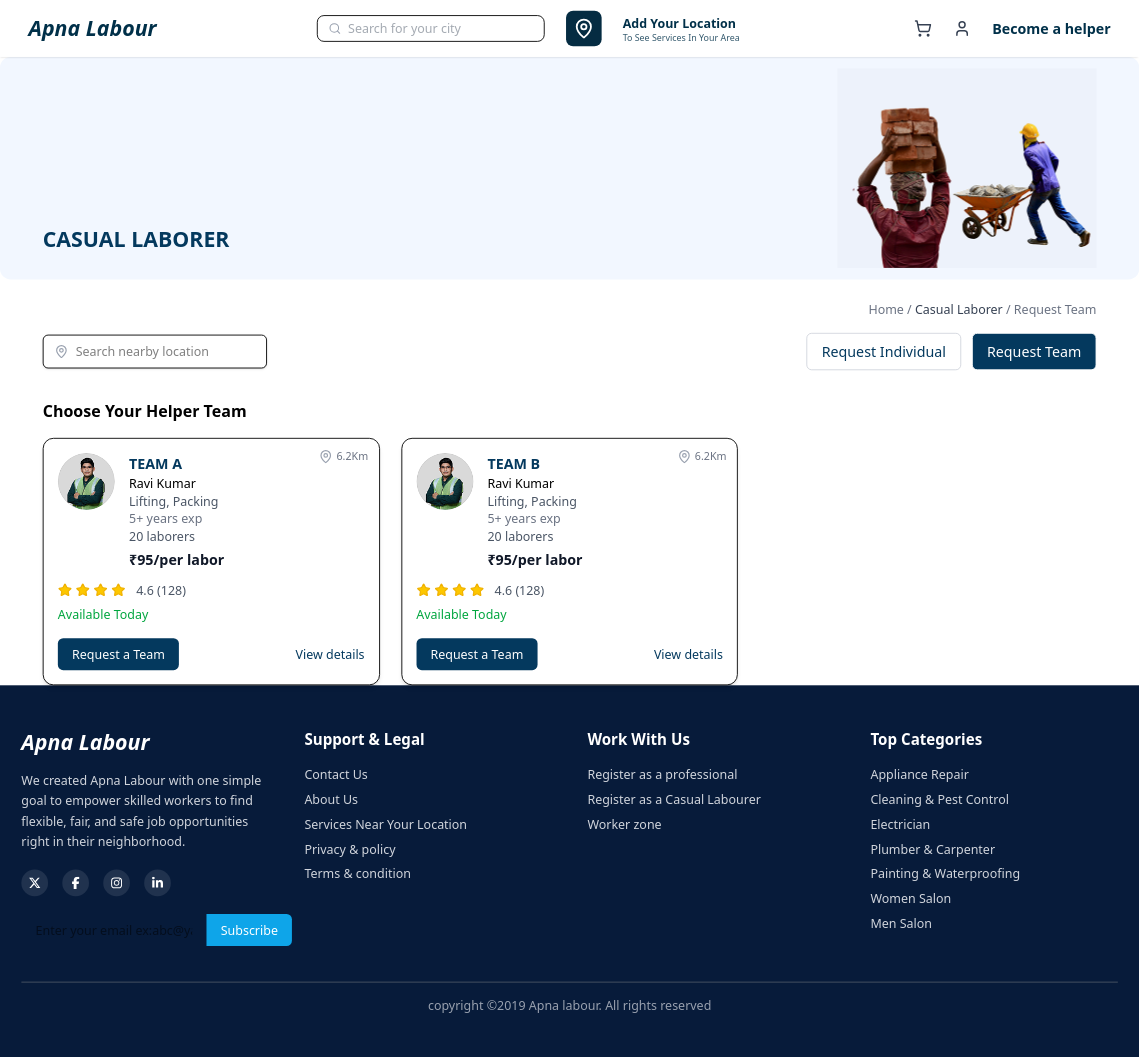
Repository: Innowidetech/Apna-Labour
Page: /casual (app in client/)
An editor plug-in stored every save of this project. The page is shown before and after the next save, followed by the edit.
The browser window is 1280 px wide. The pictures show the whole page, at 89% of full size.
The project was rebuilt for these pictures with package versions that can differ from the ones it lists, and the page was loaded fresh each time. Also part of the build but not shown: client/vite.config.js, client/src/pages/Home.jsx, client/src/pages/ModalServicePage.jsx, client/src/pages/ServiceDetails.jsx, client/src/pages/Account/Account.jsx, client/src/pages/Account/AccountLayout.jsx, client/src/pages/Account/Bookings.jsx, client/src/pages/Payments.jsx and 26 more.

Above is the page before, as saved 2025-11-14 17:45:49.

### client/index.html
<!doctype html>
<html lang="en">
  <head>
    <meta charset="UTF-8" />
    <link rel="icon" type="image/svg+xml" href="/vite.svg" />
    <meta name="viewport" content="width=device-width, initial-scale=1.0" />
    <title>ApanaLabour</title>
  </head>
  <body>
    <div id="root"></div>
    <script type="module" src="/src/main.jsx"></script>
  </body>
</html>

### client/src/main.jsx
import { StrictMode } from "react";
import React from "react";
import { createRoot } from "react-dom/client";
import { GoogleOAuthProvider } from "@react-oauth/google";
import "./index.css";
import App from "./App.jsx";

// ✅ Import Redux
import { Provider } from "react-redux";
import store from "../src/redux/store.js"// ✅ correct import


const root = createRoot(document.getElementById("root"));

root.render(
  <StrictMode>
    <GoogleOAuthProvider clientId={import.meta.env.VITE_GOOGLE_CLIENT_ID}>
      <Provider store={store}>
        <App />
      </Provider>
    </GoogleOAuthProvider>
  </StrictMode>
);

### client/src/App.jsx
import React from "react";
import { BrowserRouter as Router, Routes, Route, useLocation } from "react-router-dom";
import appRoutes from "./routes/appRoutes";

// Components
import Navbar from "./components/Navbar";
import Footer from "./components/Footer";

// Account Pages
import Account from "./pages/Account/Account";
import AccountSidebar from "./pages/Account/AccountSidebar";
import AccountLayout from "./pages/Account/AccountLayout";
import MainAccount from "./pages/Account/MainAccount";
import Bookings from "./pages/Account/Bookings";

// Other Pages
import Home from "./pages/Home";
import Casual from "./pages/Casual";
import Electrician from "./pages/Electrician";
import PlumCarpenter from "./pages/PlumCarpenter";
import SwitchSocket from "./pages/SwitchSocket";
import Fan from "./pages/Fan";
import Light from "./pages/Light";
import Wiring from "./pages/Wiring";
import Doorbell from "./pages/Doorbell";
import MCB from "./pages/MCB";
import Gyser from "./pages/Gyser";
import Appliances from "./pages/Appliances";
import Login from "./Auth/Login";
import ViewCart from "./pages/ViewCart";
import CartPage from "./pages/CartPage";
import Checkout from "./pages/Checkout";
import ServicePage from "./pages/ServiceDetails";
import ModalServicePage from "./pages/ModalServicePage";
import FAQ from "./pages/FAQ";
import WorkerZone from "./pages/WorkerZone";
import ContactUs from "./pages/ContactUs";
import LabourCart from "./pages/LabourCart";
import TeamLabourCart from "./pages/TeamLabourCart";


// ✅ Layout Component
function Layout({ children }) {
  const location = useLocation();
  const noLayoutRoutes = ["/login", "/viewcart"];
  const hideLayout = noLayoutRoutes.includes(location.pathname);

  return (
    <>
      {!hideLayout && <Navbar />}
      <div className={!hideLayout ? "pt-16" : ""}>
        <Routes>
          {/* App routes from centralized config */}
          {appRoutes.map((route, index) => (
            <Route key={index} path={route.path} element={route.element} />
          ))}

          {/* Static Routes */}
          <Route path="/" element={<Home />} />
          <Route path="/casual" element={<Casual />} />
          <Route path="/electrician" element={<Electrician />} />
          <Route path="/plumcarpenter" element={<PlumCarpenter />} />
          <Route path="/switchsocket" element={<SwitchSocket />} />
          <Route path="/fan" element={<Fan />} />
          <Route path="/light" element={<Light />} />
          <Route path="/wiring" element={<Wiring />} />
          <Route path="/doorbell" element={<Doorbell />} />
          <Route path="/mcb" element={<MCB />} />
          <Route path="/gyser" element={<Gyser />} />
          <Route path="/appliances" element={<Appliances />} />
          <Route path="/login" element={<Login />} />
          <Route path="/viewcart" element={<ViewCart />} />
          <Route path="/faq" element={<FAQ />} />
          <Route path="/workerzone" element={<WorkerZone />} />
          <Route path="/contactus" element={<ContactUs />} />
          <Route path="/cart" element={<CartPage />} />
          <Route path="/checkout" element={<Checkout />} />
          <Route path="/service/:id" element={<ServicePage />} />
          <Route path="/services/:id" element={<ModalServicePage />} />

          {/* Account Section */}

          <Route path="/account/*" element={<MainAccount />} />


          {/* Labour */}
          <Route path="/labour-cart" element={<LabourCart />} />
          <Route path="/team-labour-cart" element={<TeamLabourCart />} />
        </Routes>

        {/* Allow nested children */}
        {children}
      </div>
      {!hideLayout && <Footer />}
    </>
  );
}


// ✅ Main App Component
function App() {
  return (
    <Router>
      <Layout />
    </Router>
  );
}

export default App;

### client/src/routes/appRoutes.jsx
// // src/routes/userRoutes.jsx
// import React from "react";
// import { BrowserRouter as Router, Routes, Route } from "react-router-dom";

// import Home from "../pages/Home";
// import ApplianceRepair from "../pages/Appliance/ApplianceRepair";
// import AirConditioner from "../pages/Appliance/AirConditioner";
// import AirCooler from "../pages/Appliance/AirCooler";
// import Geyser from "../pages/Appliance/Geyser";
// import CleaningPestControl from "../pages/Cleaning/CleaningPestControl";
// import DeepCleaning from "../pages/Cleaning/DeepCleaning";
// import BedBugControl from "../pages/Cleaning/BedBugControl";
// import FullHomeCleaning from "../pages/Cleaning/FullHomeCleaning";

// import SofaCleaning from "../pages/Cleaning/SofaCleaning";
// import WashingMachine from "../pages/Appliance/WashingMachin";
// import Television from "../pages/Appliance/Television";
// import Laptop from "../pages/Appliance/Laptop";
// import Chimney from "../pages/Appliance/Chimney";
// import Microwave from "../pages/Appliance/Microwave";
// import Refrigerator from "../pages/Appliance/Refrigerator";
// import Stove from "../pages/Appliance/Stove";
// import WaterPurifier from "../pages/Appliance/WaterPurifier";
// import KitchenCleaning from "../pages/Cleaning/Kitchen-Cleaning";
// import CockroachControl from "../pages/Cleaning/CockroachControl";
// import TermiteTreatment from "../pages/Cleaning/TermiteTreatment";

// import PlumberCarpenter from "../pages/Plumber/PlumberCarpenter";
// import Bathroom from "../pages/Plumber/Bathroom";
// import Toilet from "../pages/Plumber/Toilet";
// import Water from "../pages/Plumber/Water";
// import KitchenStorage from "../pages/Plumber/KitchenStorage";
// import BathroomFixture from "../pages/Plumber/BathroomFixture";
// import DoorWindows from "../pages/Plumber/DoorWindows";
// import FurnitureRepair from "../pages/Plumber/FurnitureRepair";
// import ClothHanger from "../pages/Plumber/ClothHanger";


// import WomensSalon from "../pages/Salon/WomensSalon";
// import Grooming from "../pages/Salon/Grooming";
// import Hair from "../pages/Salon/Hair";
// import MakeupDraping from "../pages/Salon/MakeupDraping";
// import Spa from "../pages/Salon/Spa";

// const appRoutes = [
//   { path: "/", element: <Home /> },
//   { path: "/appliance-repair", element: <ApplianceRepair /> },
//   { path: "/air-conditioner", element: <AirConditioner /> },
//   { path: "/air-cooler", element: <AirCooler /> },
//   { path: "/geyser", element: <Geyser /> },
//   { path: "/washing-machine", element: <WashingMachine /> },
//   { path: "/television", element: <Television /> },
//   { path: "/laptop", element: <Laptop /> },
//   { path: "/chimney", element: <Chimney /> },
//   { path: "/microwave", element: <Microwave /> },
//   { path: "/refrigerator", element: <Refrigerator /> },
//   { path: "/stove", element: <Stove /> },
//   { path: "/water-purifier", element: <WaterPurifier /> },
//   { path: "/cleaning-pest", element: <CleaningPestControl /> },
//   { path: "/deep-cleaning", element: <DeepCleaning /> },

//   { path: "/full-home-cleaning", element: <FullHomeCleaning /> },
//   { path: "/sofa-cleaning", element: <SofaCleaning /> },
//   { path: "/kitchen-cleaning", element: <KitchenCleaning /> },
//   { path: "/cockroach-control", element: <CockroachControl /> },
//   { path: "/termite-treatment", element: <TermiteTreatment /> },
//   { path: "/bedbug-control", element: <BedBugControl /> },

//   { path: "/plumber-carpenter", element: <PlumberCarpenter /> },
//   { path: "/bathroom", element: <Bathroom /> },
//   { path: "/toilet", element: <Toilet /> },
//   { path: "/water", element: <Water /> },
//   { path: "/kitchen-storage", element: <KitchenStorage /> },
//   { path: "/bathroom-fixture", element: <BathroomFixture /> },
//   { path: "/door-windows", element: <DoorWindows /> },
//   { path: "/furniture-repair", element: <FurnitureRepair /> },
//   { path: "/cloth-hanger", element: <ClothHanger /> },


//   { path: "/womens-salon", element: <WomensSalon /> },
//   { path: "/grooming", element: <Grooming /> },
//   { path: "/hair", element: <Hair /> },
//   { path: "/makeup-draping", element: <MakeupDraping /> },
//   { path: "/spa", element: <Spa /> },


// ];

// export default appRoutes;


import React from "react";
import Home from "../pages/Home";
import ModalServicePage from "../pages/ModalServicePage";


// Dynamic service details page
import ServiceDetails from "../pages/ServiceDetails";

const appRoutes = [
  { path: "/", element: <Home /> },

  // Dynamic route for service details
{ path: "/service/:id", element: <ServiceDetails /> },
{ path: "/services/:id", element: <ModalServicePage /> },




];

export default appRoutes;

### client/src/components/Footer.jsx
import React from "react";
import { Link } from "react-router-dom";
import {
  FaFacebookF,
  FaInstagram,
  FaLinkedinIn,
  FaXTwitter,
} from "react-icons/fa6";

const Footer = () => {
  return (
    <footer className="bg-[#071B3A] text-white px-6 py-12 mt-auto">
      <div className="max-w-7xl mx-auto grid grid-cols-1 sm:grid-cols-2 md:grid-cols-4 gap-10">

        {/* Column 1 */}
        <div>
          <h2 className="font-bold text-2xl mb-4 italic">Apna Labour</h2>
          <p className="text-sm leading-relaxed text-gray-300">
            We created Apna Labour with one simple goal to empower skilled
            workers to find flexible, fair, and safe job opportunities right in their
            neighborhood.
          </p>

          {/* Social Icons */}
          <div className="flex items-center space-x-4 mt-5">
            <div className="bg-white/10 p-2 rounded-full cursor-pointer">
              <FaXTwitter size={14} />
            </div>
            <div className="bg-white/10 p-2 rounded-full cursor-pointer">
              <FaFacebookF size={14} />
            </div>
            <div className="bg-white/10 p-2 rounded-full cursor-pointer">
              <FaInstagram size={14} />
            </div>
            <div className="bg-white/10 p-2 rounded-full cursor-pointer">
              <FaLinkedinIn size={14} />
            </div>
          </div>

          {/* Email Subscribe */}
          <div className="flex items-center mt-5">
            <input
              type="email"
              placeholder="Enter your email ex:abc@yahoo.com"
              className="px-4 py-2 rounded-l-md text-black w-52 text-sm focus:outline-none"
            />
            <button className="bg-[#0EA5E9] px-4 py-2 rounded-r-md text-white text-sm">
              Subscribe
            </button>
          </div>
        </div>

        {/* Column 2 */}
        <div>
          <h3 className="font-semibold mb-4 text-[17px]">Support & Legal</h3>
          <ul className="space-y-2 text-sm text-gray-300">
            <li><Link to="/contactus" className="hover:text-white">Contact Us</Link></li>
            <li><Link to="/faq" className="hover:text-white">About Us</Link></li>
            <li><a href="#" className="hover:text-white">Services Near Your Location</a></li>
            <li><Link to="/privacy-policy" className="hover:text-white">Privacy & policy</Link></li>
            <li><Link to="/terms-condition" className="hover:text-white">Terms & condition</Link></li>
          </ul>
        </div>

        {/* Column 3 */}
        <div>
          <h3 className="font-semibold mb-4 text-[17px]">Work With Us</h3>
          <ul className="space-y-2 text-sm text-gray-300">
            <li><a href="#" className="hover:text-white">Register as a professional</a></li>
            <li><a href="#" className="hover:text-white">Register as a Casual Labourer</a></li>
            <li><Link to="/workerzone" className="hover:text-white">Worker zone</Link></li>
          </ul>
        </div>

        {/* Column 4 */}
        <div>
          <h3 className="font-semibold mb-4 text-[17px]">Top Categories</h3>
          <ul className="space-y-2 text-sm text-gray-300">
            <li><a href="#" className="hover:text-white">Appliance Repair</a></li>
            <li><a href="#" className="hover:text-white">Cleaning & Pest Control</a></li>
            <li><a href="#" className="hover:text-white">Electrician</a></li>
            <li><a href="#" className="hover:text-white">Plumber & Carpenter</a></li>
            <li><a href="#" className="hover:text-white">Painting & Waterproofing</a></li>
            <li><a href="#" className="hover:text-white">Women Salon</a></li>
            <li><a href="#" className="hover:text-white">Men Salon</a></li>
          </ul>
        </div>
      </div>

      {/* Bottom */}
      <div className="border-t border-gray-600 mt-10 pt-4 text-sm text-center text-gray-400">
        copyright ©2019 Apna labour. All rights reserved
      </div>
    </footer>
  );
};

export default Footer;

### client/src/pages/Account/AccountSidebar.jsx
import React, { useState, useEffect } from "react";
import {
  FaUser,
  FaBook,
  FaCreditCard,
  FaStar,
  FaQuestionCircle,
  FaBell,
  FaChevronRight,
} from "react-icons/fa";
import { useDispatch, useSelector } from "react-redux";
import { fetchAccountProfile } from "../../redux/accountSlice";

const menuItems = [
  { label: "My Account", icon: <FaUser /> },
  { label: "My Bookings", icon: <FaBook /> },
  { label: "Payments", icon: <FaCreditCard /> },
  { label: "My rating & reviews", icon: <FaStar /> },
  { label: "Help Center", icon: <FaQuestionCircle /> },
  { label: "All notification", icon: <FaBell /> },
];

const AccountSidebar = ({
  activeMenu,
  handleMenuClick,
  handleLogout,
  handleDeactivate,
}) => {
  const [helpOpen, setHelpOpen] = useState(false);

  const dispatch = useDispatch();
  const { accountData, loading } = useSelector((state) => state.account);

  useEffect(() => {
    dispatch(fetchAccountProfile());
  }, [dispatch]);

  // Safely extract name and image
  const name = accountData?.name || "User";
  const rawImage = accountData?.image;

  // Automatically fix image URL if it's relative
  const image = rawImage
    ? rawImage.startsWith("http")
      ? rawImage
      : `https://apnalabour.onrender.com/${rawImage}`
    : null;

  const handleItemClick = (label) => {
    if (label === "Help Center") {
      setHelpOpen(!helpOpen);
      handleMenuClick(label);
    } else {
      setHelpOpen(false);
      handleMenuClick(label);
    }
  };

  const handleSubItemClick = (topic) => {
    handleMenuClick(topic);
  };

  return (
    <div className="w-full md:w-64 bg-white shadow-md flex flex-col h-screen">
      {/* Top: Profile */}
      <div className="p-6 flex flex-col items-center border-b border-gray-200">
        <div className="w-20 h-20 rounded-full overflow-hidden mb-4 bg-gray-300 flex items-center justify-center">
          {loading ? (
            <span className="text-gray-500 text-sm">Loading...</span>
          ) : image ? (
            <img
              src={image}
              alt="profile"
              className="w-20 h-20 object-cover rounded-full"
              onError={(e) => (e.target.src = "/default-avatar.png")} // fallback
            />
          ) : (
            <span className="text-2xl font-bold text-white bg-blue-700 w-full h-full flex items-center justify-center">
              {name.charAt(0).toUpperCase()}
            </span>
          )}
        </div>
        <h2 className="font-bold text-lg text-center">Hello {name}</h2>
      </div>

      {/* Menu */}
      <ul className="flex-1 mt-4 overflow-y-auto">
        {menuItems.map((item) => (
          <React.Fragment key={item.label}>
            <li
              onClick={() => handleItemClick(item.label)}
              className={`flex items-center justify-between px-6 py-3 cursor-pointer ${
                activeMenu === item.label
                  ? "bg-blue-900 text-white font-semibold"
                  : "text-gray-600 hover:bg-gray-100"
              }`}
            >
              <div className="flex items-center">
                <span className="mr-3">{item.icon}</span>
                <span>{item.label}</span>
              </div>
              {item.label === "Help Center" && (
                <FaChevronRight
                  className={`transition-transform ${
                    helpOpen ? "rotate-90" : ""
                  }`}
                />
              )}
            </li>

            {/* Help Center Dropdown */}
            {item.label === "Help Center" && helpOpen && (
              <div className="ml-10 bg-gray-50 border-l border-gray-200 p-3">
                <h4 className="text-sm font-semibold text-gray-800 mb-2">
                  Helping Topics
                </h4>
                <ul>
                  {[
                    "Service related",
                    "Refunds related",
                    "Cancellation related",
                  ].map((subItem) => (
                    <li
                      key={subItem}
                      onClick={() => handleSubItemClick(subItem)}
                      className={`py-2 px-4 cursor-pointer text-sm rounded-md mb-1 ${
                        activeMenu === subItem
                          ? "bg-blue-800 text-white font-semibold"
                          : "text-gray-700 hover:bg-gray-200"
                      }`}
                    >
                      {subItem}
                    </li>
                  ))}
                </ul>
              </div>
            )}
          </React.Fragment>
        ))}
      </ul>

      {/* Bottom Buttons */}
      <div className="p-6 border-t border-gray-200 flex flex-col gap-2">
        {handleLogout && (
          <button
            onClick={handleLogout}
            className="w-full bg-red-500 text-white py-2 rounded-md hover:bg-red-600"
          >
            Logout
          </button>
        )}
        {handleDeactivate && (
          <button
            onClick={handleDeactivate}
            className="w-full bg-gray-700 text-white py-2 rounded-md hover:bg-gray-800"
          >
            Deactivate Account
          </button>
        )}
      </div>
    </div>
  );
};

export default AccountSidebar;

Loaded but not shown: client/src/index.css (common file); client/src/redux/bookingSlice.js (199 lines, source omitted); client/src/redux/accountSlice.js (190 lines, source omitted); client/src/redux/authSlice.js (164 lines, source omitted); client/src/redux/notificationSlice.js (161 lines, source omitted); client/src/redux/paymentOrderSlice.js (135 lines, source omitted); client/src/redux/adminloginSlice.js (138 lines, source omitted); client/src/redux/contactSlice.js (108 lines, source omitted); client/src/redux/store.js (31 lines, source omitted); client/src/pages/Casual.jsx (355 lines, source omitted); client/src/components/Navbar.jsx (264 lines, source omitted)

After the next save:
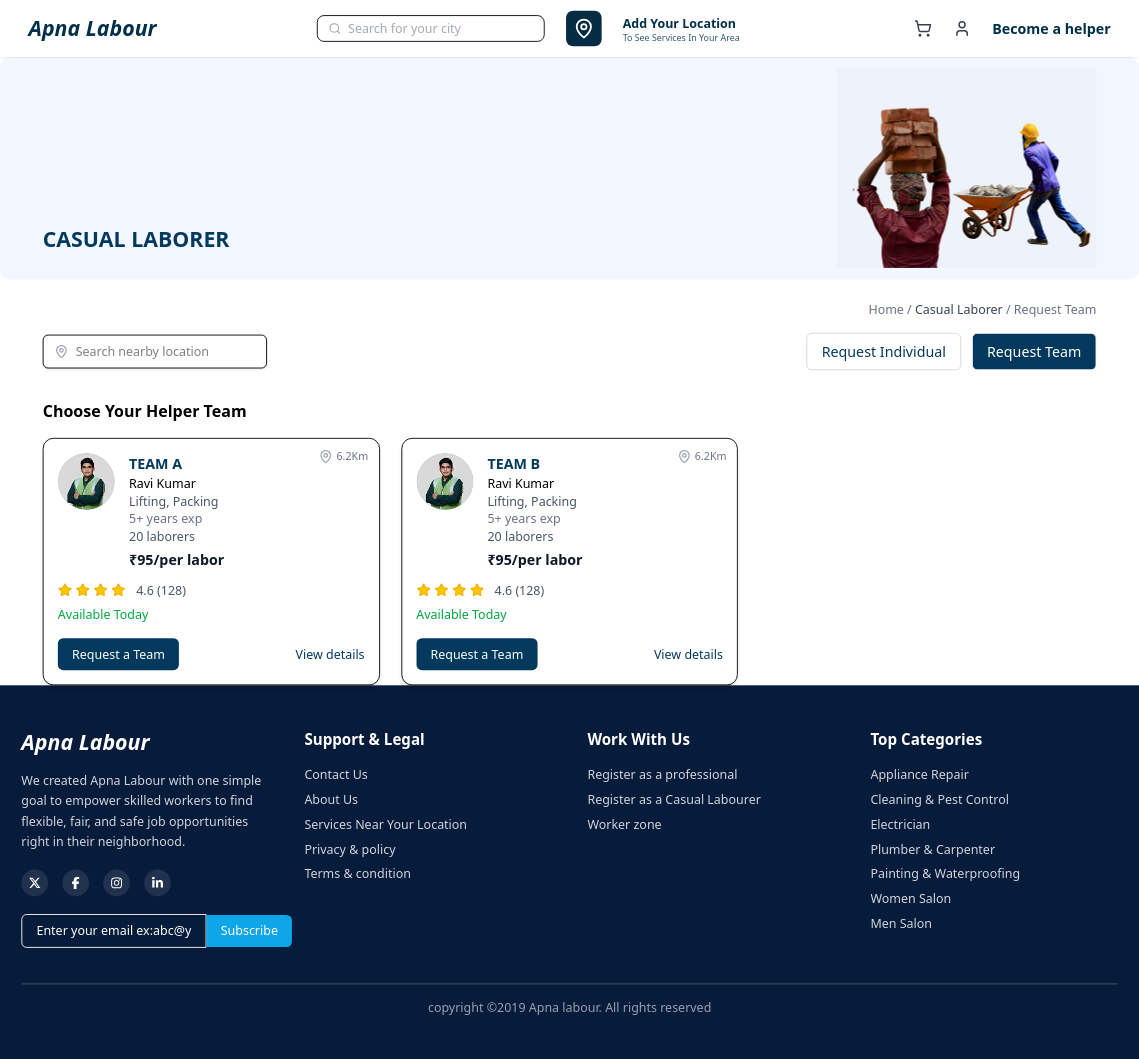
Saved 92 s later.
--- a/client/src/components/Footer.jsx
+++ b/client/src/components/Footer.jsx
@@ -39,11 +39,12 @@ const Footer = () => {
 
           {/* Email Subscribe */}
           <div className="flex items-center mt-5">
-            <input
-              type="email"
-              placeholder="Enter your email ex:abc@yahoo.com"
-              className="px-4 py-2 rounded-l-md text-black w-52 text-sm focus:outline-none"
-            />
+           <input
+  type="email"
+  placeholder="Enter your email ex:abc@yahoo.com"
+  className="px-4 py-2 rounded-l-md text-white placeholder-white bg-transparent border border-white w-52 text-sm focus:outline-none"
+/>
+
             <button className="bg-[#0EA5E9] px-4 py-2 rounded-r-md text-white text-sm">
               Subscribe
             </button>
